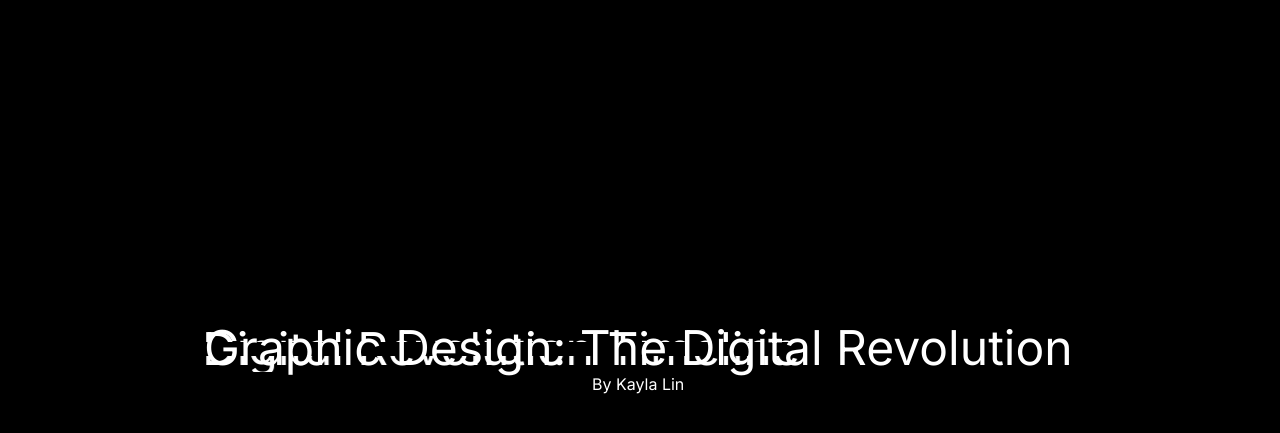
Repository: kayla-lin/graphic-design-timeline
Page: /
These files come from the project's save history. The page is drawn as it stood at one moment and after the next save; the edit follows.
The browser window is 1280 px wide. The pictures show the whole page.
The project was rebuilt for these pictures with package versions that can differ from the ones it lists, and the page was loaded fresh each time. The framework's server and built-in components were replaced by stand-ins that run in the browser. Also part of the build but not shown: next.config.js.

Above is the page before, as saved 2023-05-01 18:22:19.

### pages/index.tsx
import Image from "next/image";
import { Inter } from "next/font/google";

const inter = Inter({ subsets: ["latin"] });

export default function Home() {
  return (
    <main className={`${inter.className} bg-black`}>
      <div className="h-screen w-screen text-white flex flex-col justify-center items-center">
        <h1 title="Digital Revolution Timeline" className="glitch text-5xl">
          Graphic Design: The Digital Revolution
        </h1>
        <div className="glitch">By Kayla Lin</div>
      </div>
    </main>
  );
}

### styles/globals.css
@tailwind base;
@tailwind components;
@tailwind utilities;

@import url("https://fonts.googleapis.com/css?family=Fira+Mono:400");

.glitch {
  animation: glitch 1s linear infinite;
}

@keyframes glitch {
  2%,
  64% {
    transform: translate(2px, 0) skew(0deg);
  }
  4%,
  60% {
    transform: translate(-2px, 0) skew(0deg);
  }
  62% {
    transform: translate(0, 0) skew(5deg);
  }
}

.glitch:before,
.glitch:after {
  content: attr(title);
  position: absolute;
  left: 0;
}

.glitch:before {
  animation: glitchTop 1s linear infinite;
  clip-path: polygon(0 0, 100% 0, 100% 33%, 0 33%);
  -webkit-clip-path: polygon(0 0, 100% 0, 100% 33%, 0 33%);
}

@keyframes glitchTop {
  2%,
  64% {
    transform: translate(2px, -2px);
  }
  4%,
  60% {
    transform: translate(-2px, 2px);
  }
  62% {
    transform: translate(13px, -1px) skew(-13deg);
  }
}

.glitch:after {
  animation: glitchBotom 1.5s linear infinite;
  clip-path: polygon(0 67%, 100% 67%, 100% 100%, 0 100%);
  -webkit-clip-path: polygon(0 67%, 100% 67%, 100% 100%, 0 100%);
}

@keyframes glitchBotom {
  2%,
  64% {
    transform: translate(-2px, 0);
  }
  4%,
  60% {
    transform: translate(-2px, 0);
  }
  62% {
    transform: translate(-22px, 5px) skew(21deg);
  }
}

Loaded but not shown: pages/_app.tsx (common file); pages/_document.tsx (common file); tailwind.config.js (common file)

After the next save:
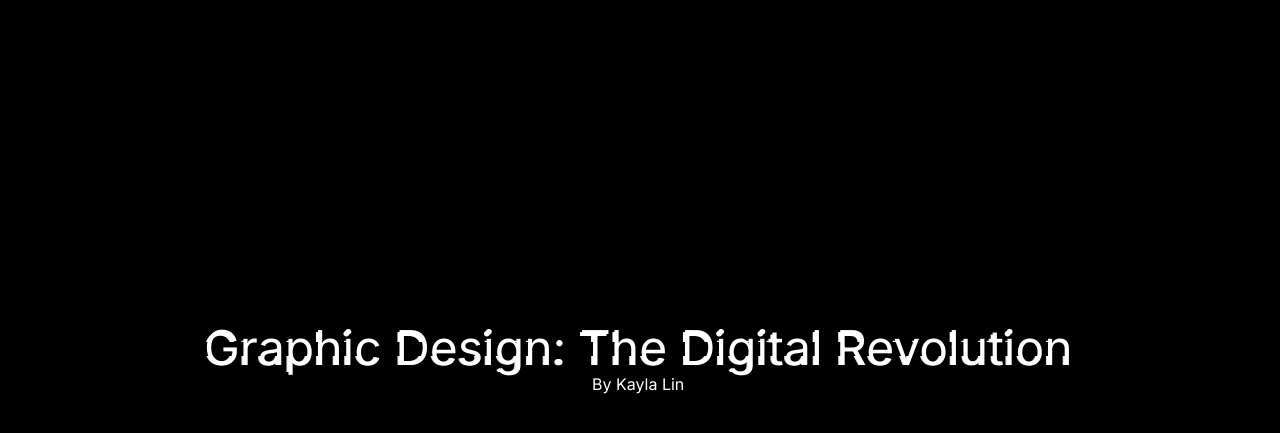
Saved 6 s later.
--- a/pages/index.tsx
+++ b/pages/index.tsx
@@ -7,7 +7,10 @@
   return (
     <main className={`${inter.className} bg-black`}>
       <div className="h-screen w-screen text-white flex flex-col justify-center items-center">
-        <h1 title="Digital Revolution Timeline" className="glitch text-5xl">
+        <h1
+          title="Graphic Design: The Digital Revolution"
+          className="glitch text-5xl"
+        >
           Graphic Design: The Digital Revolution
         </h1>
         <div className="glitch">By Kayla Lin</div>
